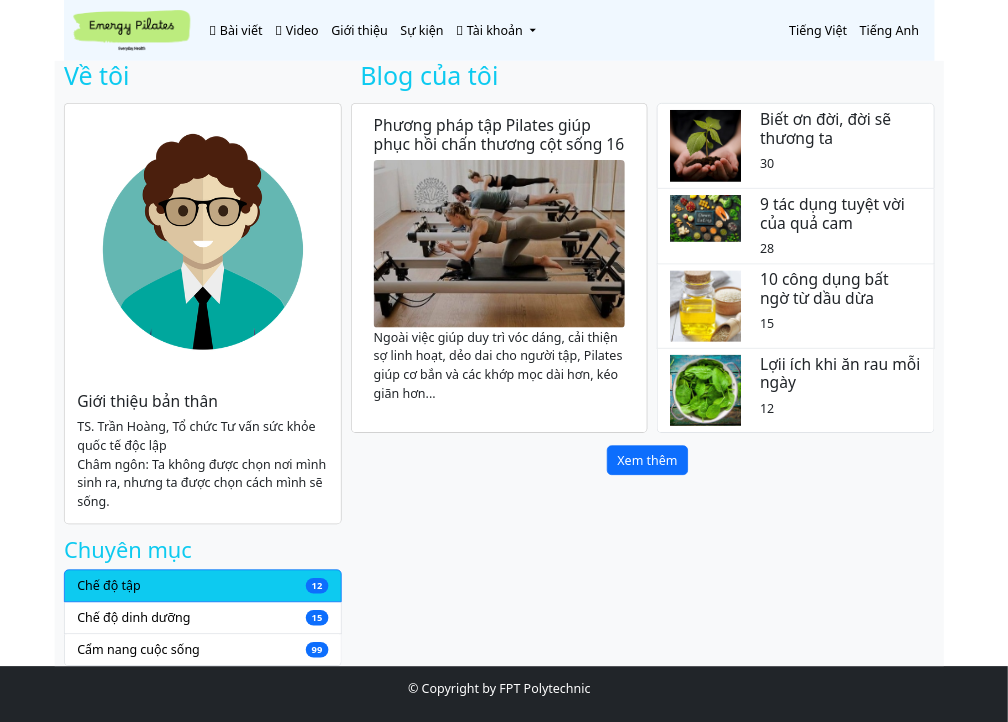
Repository: KizukoHeiwa/SOF308
Page: Lab1/index.html
The author's editor kept a copy of each file at every save. The page is drawn from the files as they stood at one save, then again after the next save.
The browser window is 1280 px wide. The page is 1292 px wide, so the pictures cover 1292 px, including what lies to the right of the window. The pictures show the whole page, at 78% of full size.

Above is the page before, as saved 2024-10-31 10:47:06.

### Lab1/index.html
<!DOCTYPE html>
<html lang="en">
<head>
    <meta charset="UTF-8">
    <meta name="viewport" content="width=device-width, initial-scale=1.0">
    <title>FPT Polytechnic</title>
    <link href="https://cdn.jsdelivr.net/npm/bootstrap@5.3.3/dist/css/bootstrap.min.css" rel="stylesheet" integrity="sha384-QWTKZyjpPEjISv5WaRU9OFeRpok6YctnYmDr5pNlyT2bRjXh0JMhjY6hW+ALEwIH" crossorigin="anonymous">
    <script src="https://cdn.jsdelivr.net/npm/bootstrap@5.3.3/dist/js/bootstrap.bundle.min.js" integrity="sha384-YvpcrYf0tY3lHB60NNkmXc5s9fDVZLESaAA55NDzOxhy9GkcIdslK1eN7N6jIeHz" crossorigin="anonymous"></script>
    <link rel="stylesheet" href="https://cdnjs.cloudflare.com/ajax/libs/font-awesome/4.7.0/css/font-awesome.min.css">
    <style>
        header{
            background-color: aliceblue;
            /* box-shadow: 1px 1px 2px 1px lightgray; */
        }
        .nav-link{
            color: black;
        }
        .nav-link:hover{
            color: green;
        }
        .navbar-nav .nav-link.active, .navbar-nav .nav-link.show {
            color: green;
        }
        .button-wrapper{
            display: flex;
            justify-content: center;
            align-items: center;
        }
        .footer-content{
            color: white;
            text-align: center;
        }
    </style>

</head>
<body>
    <div class="container">
        <header>
            <nav class="navbar navbar-expand-sm">
                <div class="container">
                    <a class="navbar-brand" href="#">
                        <img src="img/logo-energy-pilates.png" alt="" style="width: 150px;">
                    </a>
                    <div class="collapse navbar-collapse" id="collapsibleNavbar">
                        <ul class="navbar-nav me-auto">
                            <li class="nav-item">
                                <a class="nav-link" href="#"><i class="fa-solid fa-list"></i> Bài viết</a>
                            </li>
                            <li class="nav-item">
                                <a class="nav-link" href="#"><i class="fa-solid fa-film"></i> Video</a>
                            </li>
                            <li class="nav-item">
                                <a class="nav-link" href="#"><i class="fa-solid fa-circle-info"></i> Giới thiệu</a>
                            </li>
                            <li class="nav-item">
                                <a class="nav-link" href="#"><i class="fa-solid fa-calendar-days"></i> Sự kiện</a>
                            </li>
                            <li class="nav-item dropdown">
                                <a class="nav-link dropdown-toggle" href="#" role="button" data-bs-toggle="dropdown">
                                    <i class="fa-solid fa-user"></i> Tài khoản
                                </a>
                                <ul class="dropdown-menu">
                                    <li><a class="dropdown-item" href="#">Đăng nhập</a></li>
                                    <li><a class="dropdown-item" href="#">Quên mật khẩu</a></li>
                                    <li><a class="dropdown-item" href="#">Đăng ký thành viên</a></li>
                                </ul>
                            </li>
                        </ul>
                        <ul class="navbar-nav d-flex">
                            <li class="nav-item">
                                <a class="nav-link">Tiếng Việt</a>
                            </li>
                            <li class="nav-item">
                                <a class="nav-link">Tiếng Anh</a>
                            </li>
                        </ul>
                    </div>
                </div>
            </nav>
        </header>
        <section class="row">
            <aside class="col-sm-4 bg-light">
                <div class="col-sm">
                    <h2 class="text-info mb-3">Về tôi</h2>
                    <div class="card mb-3">
                        <img src="img/avatar.png" class="card-img-top" alt="">
                        <div class="card-body">
                            <h5 class="card-title">Giới thiệu bản thân</h5>
                            <p class="card-text">TS. Trần Hoàng, Tổ chức Tư vấn sức khỏe quốc tế độc lập <br>
                                Châm ngôn: Ta không được chọn nơi mình sinh ra, nhưng ta được chọn cách mình sẽ sống.
                            </p>
                        </div>
                    </div>

                    <h3 class="text-info mt-2">Chuyên mục</h3>
                    <ul class="list-group">
                        <li class="list-group-item active bg-info d-flex justify-content-between align-items-center">
                            <a class="nav-link" href="#">Chế độ tập</a>
                            <span class="badge bg-primary rounded-pill">12</span>
                        </li>
                        <li class="list-group-item d-flex justify-content-between align-items-center">
                            <a class="nav-link" href="#">Chế độ dinh dưỡng</a>
                            <span class="badge bg-primary rounded-pill">15</span>
                        </li>
                        <li class="list-group-item d-flex justify-content-between align-items-center">
                            <a class="nav-link" href="#">Cẩm nang cuộc sống</a>
                            <span class="badge bg-primary rounded-pill">99</span>
                        </li>
                    </ul>
                    <!-- end Chuyên mục -->
                </div>
            </aside>
            <article class="col-sm-8 bg-light">
                <div class="row">
                        <h2 class="text-info mb-3">Blog của tôi</h2>
                        <div class="card col-sm-6">
                            <div class="card-body">
                                <h5 class="card-title">Phương pháp tập Pilates giúp phục hồi chấn thương cột sống <i class="fa-solid fa-message"></i> 16</h5>
                                <img src="img/tap-piltes.jpg" alt="" class="card-img">
                                <p class="card-text">Ngoài việc giúp duy trì vóc dáng, cải thiện sợ linh hoạt, dẻo dai cho người tập, Pilates giúp cơ bắn và các khớp mọc dài hơn, kéo giãn hơn...</p>
                            </div>
                        </div>
                        <div class="col-sm-6">
                            <ul class="list-group">
                                <li class="list-group-item d-flex justify-content-between align-items-start">
                                    <div class="row">
                                        <div class="col-4">
                                            <img src="img/corevalue.jpg" alt="" class="card-img">
                                        </div>
                                        <div class="col-8">
                                            <h5>Biết ơn đời, đời sẽ thương ta</h5>
                                            <span>30</span>
                                        </div>
                                    </div>
                                </li>
                                <li class="list-group-item d-flex justify-content-between align-items-start">
                                    <div class="row">
                                        <div class="col-4">
                                            <img src="img/eat-clean.png" alt="" class="card-img">
                                        </div>
                                        <div class="col-8">
                                            <h5>9 tác dụng tuyệt vời của quả cam</h5>
                                            <span>28</span>
                                        </div>
                                    </div>
                                </li>
                                <li class="list-group-item d-flex justify-content-between align-items-start">
                                    <div class="row">
                                        <div class="col-4">
                                            <img src="img/sesameoil_300x300.jpg" alt="" class="card-img">
                                        </div>
                                        <div class="col-8">
                                            <h5>10 công dụng bất ngờ từ dầu dừa</h5>
                                            <span>15</span>
                                        </div>
                                    </div>
                                </li>
                                <li class="list-group-item d-flex justify-content-between align-items-start">
                                    <div class="row">
                                        <div class="col-4">
                                            <img src="img/spinach_300x300.jpg" alt="" class="card-img">
                                        </div>
                                        <div class="col-8">
                                            <h5>Lợii ích khi ăn rau mỗi ngày</h5>
                                            <span>12</span>
                                        </div>
                                    </div>
                                </li>
                            </ul>
                        </div>
                    </div>
                    <div class="button-wrapper">
                        <button type="button" class="btn btn-primary m-3">Xem thêm</button>
                    </div>
                </div>
            </article>
        </section>
        <footer class="row bg-dark p-3">
            <p class="footer-content">&copy; Copyright by FPT Polytechnic</p>
        </footer>
    </div>
</body>
</html>

After the next save:
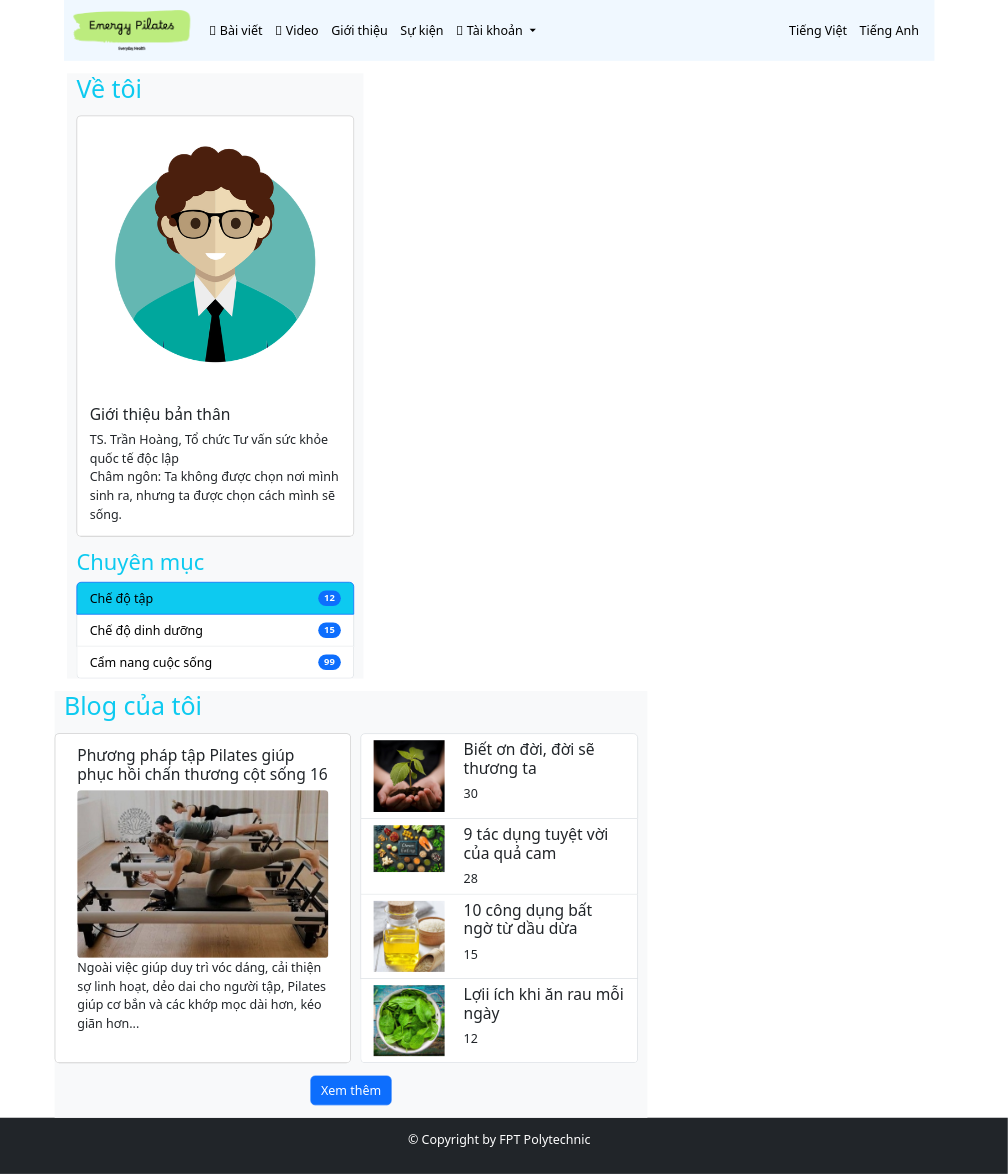
Saved 15 s later.
--- a/Lab1/index.html
+++ b/Lab1/index.html
@@ -79,7 +79,7 @@
             </nav>
         </header>
         <section class="row">
-            <aside class="col-sm-4 bg-light">
+            <aside class="col-sm-4 bg-light m-lg-3">
                 <div class="col-sm">
                     <h2 class="text-info mb-3">Về tôi</h2>
                     <div class="card mb-3">

After the 4 saves that followed:
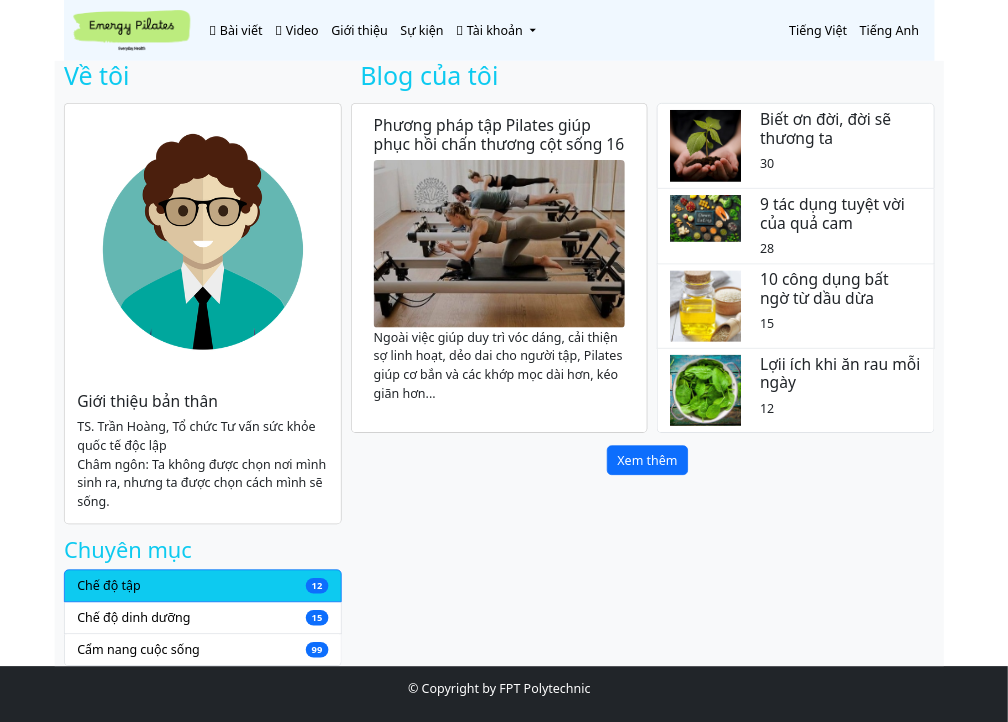
The 4 saves are shown as one change because 2 left the picture as it was and some came seconds apart.
The last was saved 21 s later.
--- a/Lab1/index.html
+++ b/Lab1/index.html
@@ -79,7 +79,7 @@
             </nav>
         </header>
         <section class="row">
-            <aside class="col-sm-4 bg-light m-lg-3">
+            <aside class="col-sm-4 bg-light">
                 <div class="col-sm">
                     <h2 class="text-info mb-3">Về tôi</h2>
                     <div class="card mb-3">
